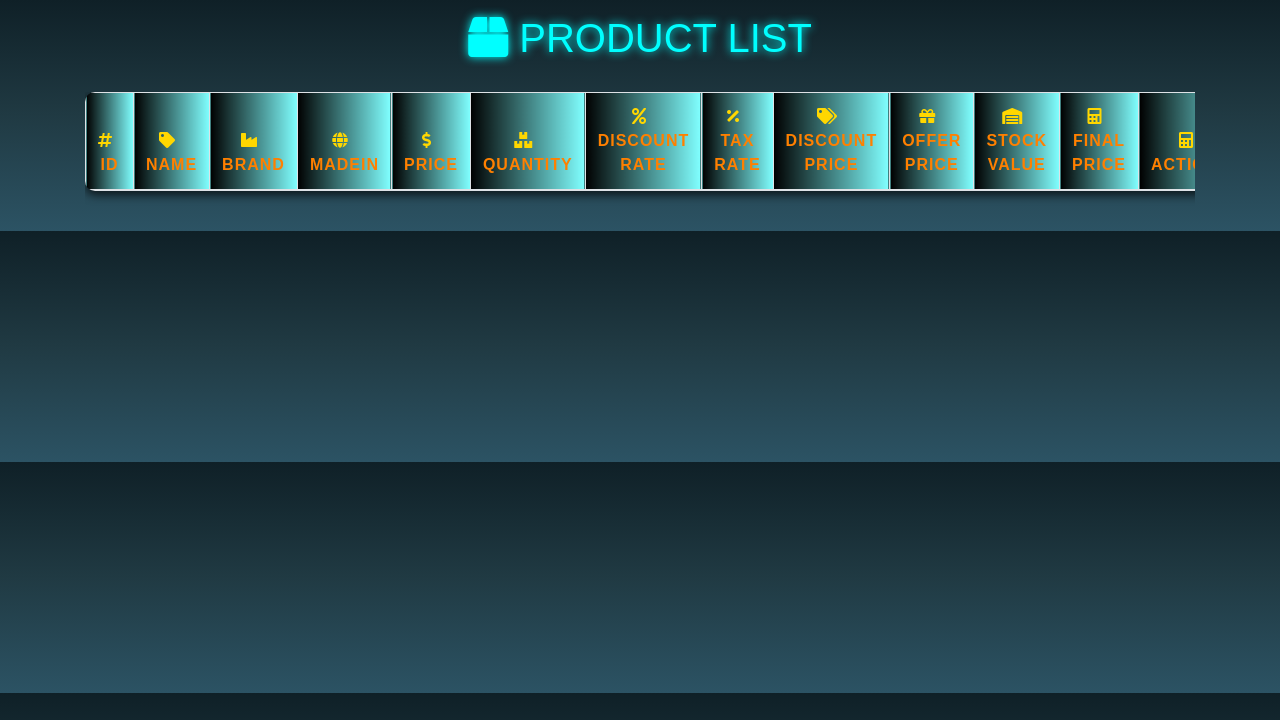
Repository: Ravi-kishor-09/Ravi-projects
Page: http://localhost/product-list
The author's editor kept a copy of each file at every save. The page is drawn from the files as they stood at one save, then again after the next save.
The browser window is 1280 px wide. The pictures show the whole page.
The page is this project's Thymeleaf template; nobody is signed in. The template is opened directly, without the code that normally fills it, so the values that code supplies are empty.

Above is the page before, as saved 2024-12-21 07:08:36.

After the next save:
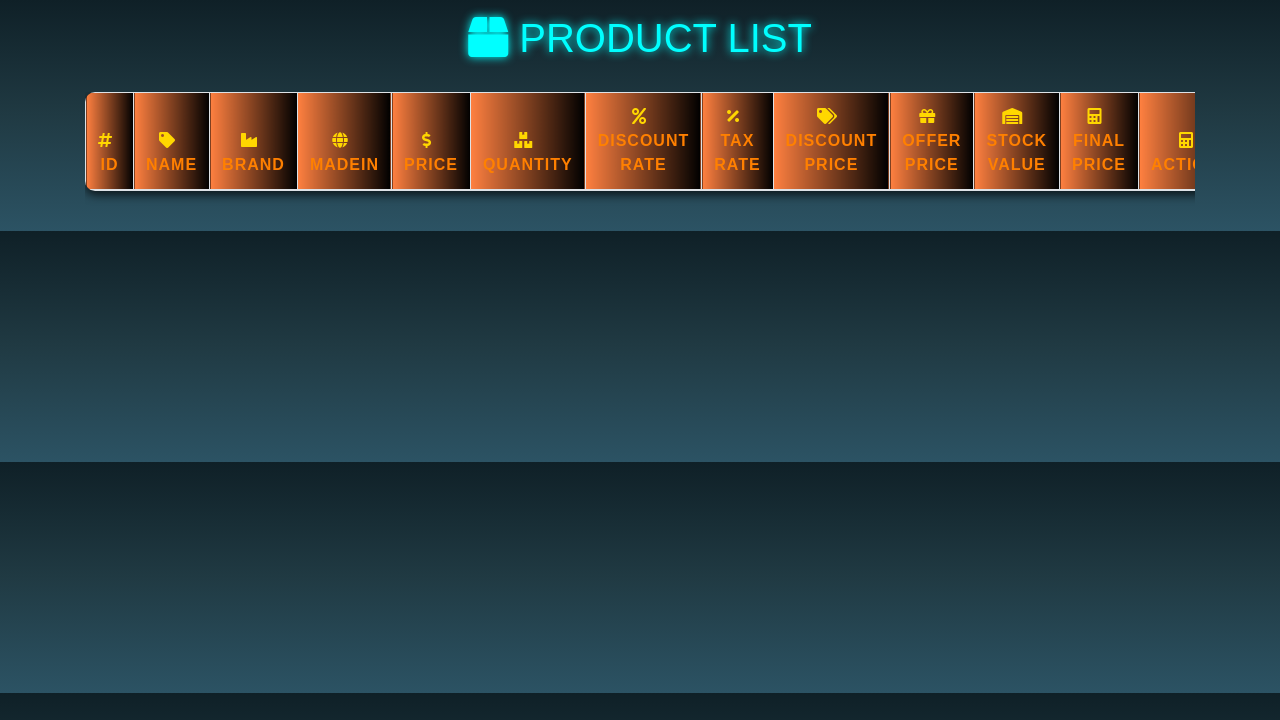
Saved 2 min 34 s later.
--- a/spring1/src/main/resources/templates/product-list.html
+++ b/spring1/src/main/resources/templates/product-list.html
@@ -34,7 +34,7 @@
             box-shadow: 0 4px 10px rgba(0, 0, 0, 0.7);
         }
         thead th {
-            background: linear-gradient(90deg, rgb(0, 0, 0), rgb(128, 255, 255));
+            background: linear-gradient(90deg, rgb(255, 128, 64), rgb(0, 0, 0));
             color: rgb(255, 128, 0);
             font-weight: bolder;
             font-size: medium;
